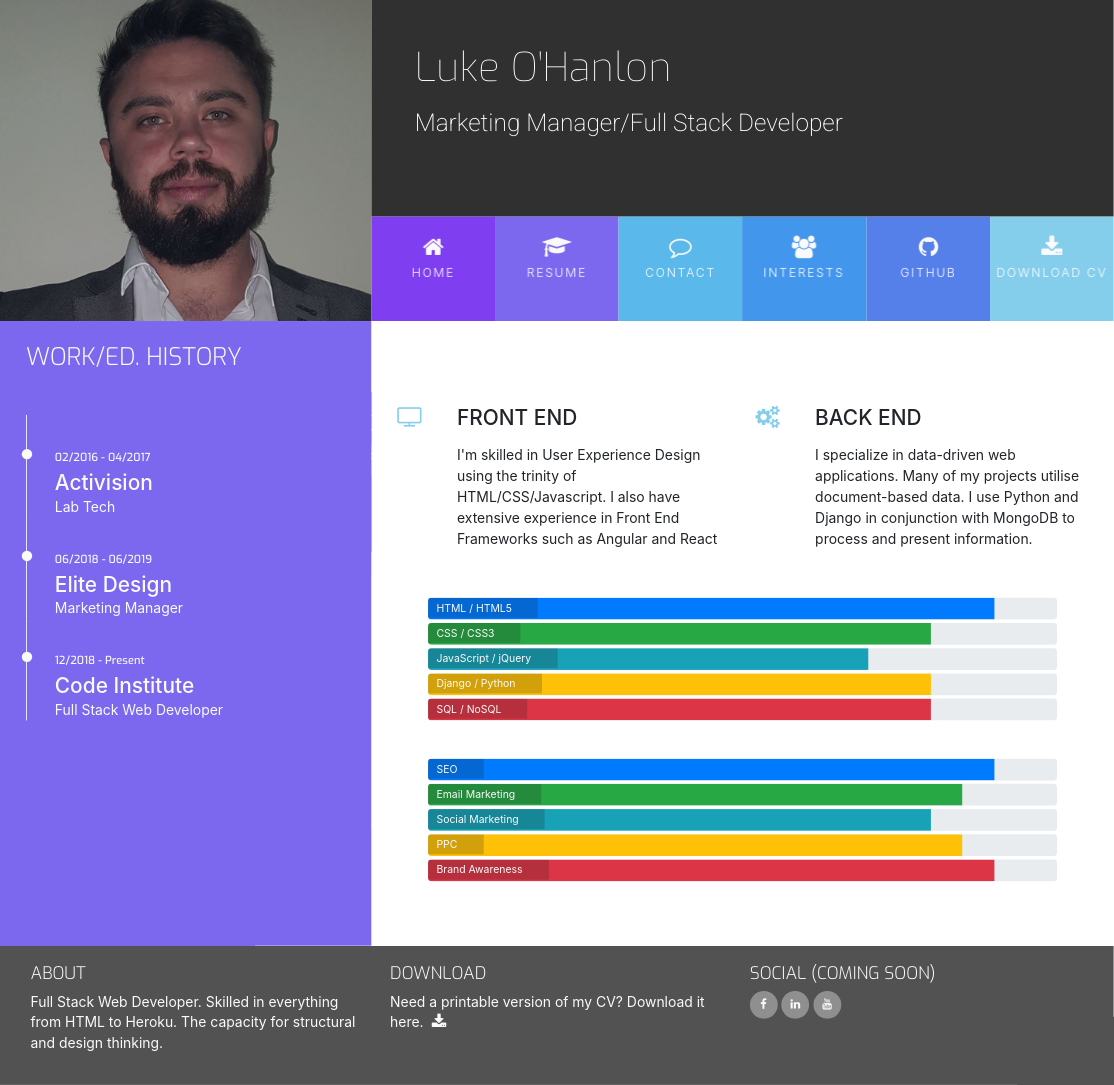
Repository: luke0han/my-resume
Page: resume.html
The author's editor kept a record of every edit. The page is drawn from the files as they stood at one moment, then again after the next edit.
The browser window is 1280 px wide. The pictures show the whole page, at 87% of full size.
Some web libraries are served in a nearby version.

Above is the page before.

### resume.html
<!DOCTYPE html>
<html lang="en">

<head>
    <meta charset="UTF-8">
    <meta name="viewport" content="width=device-width, initial-scale=1.0">
    <meta http-equiv="X-UA-Compatible" content="ie=edge">
    <link rel="stylesheet" href="https://maxcdn.bootstrapcdn.com/bootstrap/4.2.1/css/bootstrap.min.css" type="text/css" />
    <link rel="stylesheet" href="https://maxcdn.bootstrapcdn.com/font-awesome/4.7.0/css/font-awesome.min.css" type="text/css" />
    <link rel="stylesheet" href="https://cdnjs.cloudflare.com/ajax/libs/hover.css/2.1.1/css/hover-min.css" type="text/css" />
    <link rel="stylesheet" href="assets/css/style.css">
    <title>Luke O'Hanlon</title>
</head>

<body>
    <header>
        <div class="row no-gutters">
            <a class="col-md-4 logo" href="02-index.html"></a>
            <div class="col-md-8">
                <div class="row no-gutters bg-color-name-title">
                    <div class="col heading">
                        <h1 class="name">Luke O'Hanlon</h1>
                        <h2 class="title">Marketing Manager/Full Stack Developer</h2>
                    </div>
                </div>
                <div class="row no-gutters">
                    <div class="col">
                        <ul id="nav" class="list-inline menucontainer">
                            <li class="col-6 col-sm-2 ui-menu-color-home list-inline-item menuitem">
                                <a href="index.html" class="hvr-sweep-to-bottom"><i class="fa fa-home" aria-hidden="true"></i><span>Home</span></a>
                            </li>
                            <li class="col-6 col-sm-2 ui-menu-color-resume list-inline-item menuitem">
                                <a href="resume.html" class="hvr-sweep-to-bottom"><i class="fa fa-graduation-cap" aria-hidden="true"></i><span>Resume</span></a>
                            </li>
                            <li class="col-6 col-sm-2 ui-menu-color-contact list-inline-item menuitem">
                                <a href="contact.html" class="hvr-sweep-to-bottom"><i class="fa fa-comment-o" aria-hidden="true"></i><span>Contact</span></a>
                            </li>
                            <li class="col-6 col-sm-2 ui-menu-color-interests list-inline-item menuitem">
                                <a href="interests.html" class="hvr-sweep-to-bottom"><i class="fa fa-users" aria-hidden="true"></i><span>Interests</span></a>
                            </li>
                            <li class="col-6 col-sm-2 ui-menu-color-github list-inline-item menuitem">
                                <a href="github.html" class="hvr-sweep-to-bottom"><i class="fa fa-github" aria-hidden="true"></i><span>GitHub</span></a>
                            </li>
                            <li class="col-6 col-sm-2 ui-menu-color-download list-inline-item menuitem">
                                <a href="assets/cv/Luke O'Hanlon.pdf" target="_blank" class="hvr-sweep-to-bottom"><i class="fa fa-download" aria-hidden="true"></i><span>Download CV</span></a>
                            </li>
                        </ul>
                    </div>
                </div>
            </div>
        </div>
    </header>
    <section class="container-fluid">
        <div class="row">
            <div class="col-md-4 bg-color-work-history section-column">
                <div class="row">
                    <div class="col-12">
                        <h3 class="history-heading uppercase">
                            Work/Ed. History
                        </h3>
                    </div>
                </div>
                <div class="history-items">
                    <div class="timeline-item" data-dates="02/2016 - 04/2017">
                        <h4>Activision</h4>
                        <p>Lab Tech</p>
                    </div>

                    <div class="timeline-item" data-dates="06/2018 - 06/2019">
                        <h4>Elite Design</h4>
                        <p>Marketing Manager</p>
                    </div>
                    <div class="timeline-item" data-dates="12/2018 - Present">
                        <h4>Code Institute</h4>
                        <p>Full Stack Web Developer</p>
                    </div>
                </div>
            </div>
            <div class="col-md-8 bg-color-three-reasons section-column">
                <div class="row">
                    <div class="col">
                        <h3 class="section-heading uppercase">My Skills</h3>
                    </div>
                </div>
                <div class="row">
                    <div class="col-10 offset-1 offset-sm-0 col-sm-4 col-md-6">
                        <div class="row">
                            <div class="col-2">
                                <i class="three-reasons-icon fa fa-tv" aria-hidden="true"></i>
                            </div>
                            <div class="col-10">
                                <h4 class="three-reasons-heading uppercase">Front End</h4>
                                <p>
                                    I'm skilled in User Experience Design using the trinity of HTML/CSS/Javascript. I also have extensive experience in Front End Frameworks such as Angular and React
                                </p>
                            </div>
                        </div>
                    </div>
                    <div class="col-10 offset-1 offset-sm-0 col-sm-4 col-md-6">
                        <div class="row">
                            <div class="col-2">
                                <i class="three-reasons-icon fa fa-gears" aria-hidden="true"></i>
                            </div>
                            <div class="col-10">
                                <h4 class="three-reasons-heading uppercase">Back End</h4>
                                <p>
                                    I specialize in data-driven web applications. Many of my projects utilise document-based data. I use Python and Django in conjunction with MongoDB to process and present information.
                                </p>
                            </div>
                        </div>
                    </div>
                </div>
                <div class="row progress-section">
                    <div class="col">
                        <div class="progress">
                            <div class="progress-bar" role="progressbar" aria-valuenow="90" aria-valuemin="0" aria-valuemax="100" style="width:90%;">
                                <span class="sr-only">90% complete</span>
                            </div>
                            <span class="progress-type">HTML / HTML5</span>
                        </div>
                        <div class="progress">
                            <div class="progress-bar bg-success" role="progressbar" aria-valuenow="80" aria-valuemin="0" aria-valuemax="100" style="width:80%;">
                                <span class="sr-only">80% complete</span>
                            </div>
                            <span class="progress-type">CSS / CSS3</span>
                        </div>
                        <div class="progress">
                            <div class="progress-bar bg-info" role="progressbar" aria-valuenow="70" aria-valuemin="0" aria-valuemax="100" style="width:70%;">
                                <span class="sr-only">70% complete</span>
                            </div>
                            <span class="progress-type">JavaScript / jQuery</span>
                        </div>
                        <div class="progress">
                            <div class="progress-bar bg-warning" role="progressbar" aria-valuenow="80" aria-valuemin="0" aria-valuemax="100" style="width:80%;">
                                <span class="sr-only">80% complete</span>
                            </div>
                            <span class="progress-type">Django / Python</span>
                        </div>
                        <div class="progress">
                            <div class="progress-bar bg-danger" role="progressbar" aria-valuenow="80" aria-valuemin="0" aria-valuemax="100" style="width:80%;">
                                <span class="sr-only">60% complete</span>
                            </div>
                            <span class="progress-type">SQL / NoSQL</span>
                        </div>
                    </div>

                </div>
                <div class="row progress-section">
                    <div class="col">
                        <div class="progress">
                            <div class="progress-bar" role="progressbar" aria-valuenow="90" aria-valuemin="0" aria-valuemax="100" style="width:90%;">
                                <span class="sr-only">100% complete</span>
                            </div>
                            <span class="progress-type">SEO</span>
                        </div>
                        <div class="progress">
                            <div class="progress-bar bg-success" role="progressbar" aria-valuenow="80" aria-valuemin="0" aria-valuemax="100" style="width:85%;">
                                <span class="sr-only">85% complete</span>
                            </div>
                            <span class="progress-type">Email Marketing</span>
                        </div>
                        <div class="progress">
                            <div class="progress-bar bg-info" role="progressbar" aria-valuenow="70" aria-valuemin="0" aria-valuemax="100" style="width:80%;">
                                <span class="sr-only">80% complete</span>
                            </div>
                            <span class="progress-type">Social Marketing</span>
                        </div>
                        <div class="progress">
                            <div class="progress-bar bg-warning" role="progressbar" aria-valuenow="80" aria-valuemin="0" aria-valuemax="100" style="width:85%;">
                                <span class="sr-only">85% complete</span>
                            </div>
                            <span class="progress-type">PPC</span>
                        </div>
                        <div class="progress">
                            <div class="progress-bar bg-danger" role="progressbar" aria-valuenow="80" aria-valuemin="0" aria-valuemax="100" style="width:90%;">
                                <span class="sr-only">90% complete</span>
                            </div>
                            <span class="progress-type">Brand Awareness</span>
                        </div>
                    </div>

                </div>
            </div>
        </div>

    </section>
    <footer class="container-fluid">
        <div id="footer-details" class="row">
            <div class="col-sm-4">
                <h5 class="uppercase general-sub">About</h5>
                <p class="inline-block">
                    Full Stack Web Developer. Skilled in everything from HTML to Heroku. The capacity for structural and design thinking.
                </p>
            </div>
            <div class="col-sm-4">
                <h5 class="uppercase general-sub">Download</h5>
                <p class="inline-block">
                    Need a printable version of my CV? Download it here.
                    <a href="assets/cv/Luke O'Hanlon.pdf" target="_blank" class="cv-pdf">
                        <i class="fa fa-download" aria-hidden="true"></i>
                        <span class="sr-only">Download link.</span>
                    </a>
                </p>
            </div>
            <div class="col-sm-4">
                <h5 class="uppercase general-sub">Social (Coming Soon)</h5>
                <ul class="list-inline social-links">
                    <li class="list-inline-item">
                        <a target="_blank" href="#">
                            <i class="fa fa-facebook" aria-hidden="true"></i>
                            <span class="sr-only">Facebook</span>
                        </a>
                    </li>
                    <li class="list-inline-item">
                        <a target="_blank" href="#">
                            <i class="fa fa-linkedin" aria-hidden="true"></i>
                            <span class="sr-only">LinkedIn</span>
                        </a>
                    </li>
                    <li class="list-inline-item">
                        <a target="_blank" href="#">
                            <i class="fa fa-youtube" aria-hidden="true"></i>
                            <span class="sr-only">YouTube</span>
                        </a>
                    </li>
                </ul>
            </div>
        </div>
    </footer>
</body>

</html>

### assets/css/style.css
@import url('https://fonts.googleapis.com/css?family=Lato:300,400|Roboto:100,200,300,400,500,600,700|Exo:100,200,300,400,500,600,700');
/*****************************************COLORS***************************************/

.bg-color-name-title {
    background-color: #303030;
}

.bg-color-three-reasons{
    background-color: #fff;
}
.ui-menu-color-home {
    background-color: #803ef1;
}

.ui-menu-color-resume {
    background-color: #7B68EE;
}

.ui-menu-color-contact {
    background-color: #5ab9ea;
}

.ui-menu-color-download {
    background-color: #84ceeb;
}

.bg-color-personal-info {
    background-color: #803ef1;
}

.bg-color-work-history {
    background-color: #7B68EE;
}

.ui-menu-color-interests {
    background-color: #4297ed;
}


.ui-menu-color-github {
    background-color: #5680e9;
}

/*****************************************Special paddings/margins/text***************************************/

h1,
h2,
h3,
h4 {
    margin: 0;
}

.uppercase {
    text-transform: uppercase;
}

.construction {
    font-size: 9px;
    font-weight: lighter;
    text-align: center;
}

.general-sub {
    font-family: "Exo", sans-serif;
    font-weight: 300;
    color: #fafafa;
}

.inline-block {
    display: inline-block;
}

.row-table {
    display: table;
}

.section-column {
    display: table-cell;
    padding: 0 30px 30px;
    float: none;
}
.history-heading,
.section-heading {
    font-family: "Exo", sans-serif;
    font-weight: 300;
    margin-top:25px;
    margin-bottom: 40px;
    color: #fff;
}

.heading-home {
    margin-top: -25px;
}

/*****************************************HEADING***************************************/

header {
    margin: 0;
}

.heading {
    margin-left: 50px;
}

.logo {
    background: url("../images/luke.jpg");
    background-position: center;
    background-repeat: no-repeat;
    background-size: cover;
    min-height: 360px;
    transition: all .5s ease-in-out;
    -moz-transition: all .5s ease-in-out;
    -webkit-transition: all .5s ease-in-out;
}

.name {
    font-family: "Exo", sans-serif;
    font-weight: 100;
    font-size: 46px;
    margin-top: 50px;
    color: #fff;
}

.title {
    font-family: "Roboto", sans-serif;
    font-weight: 200;
    font-size: 28px;
    margin-top: 20px;
    margin-bottom: 90px;
    color: #fff;
}

.list-inline-item:not(:last-child) {
    margin: 0;
}

.menucontainer {
    font-size: 0;
}

#nav {
    margin: 0;
}

#nav li {
    font-size: 14px;
    padding: 0;
}

.menuitem {
    height: 120px;
    text-align: center;
    padding: 0;
}

.menuitem a {
    width: 100%;
    text-decoration: none;
    color: #fff;
    height: 120px;
}

.menuitem a i {
    padding-top: 22px;
    display: block;
    color: #fafafa;
    font-size: 26px;
}

.menuitem span {
    display: block;
    width: 100%;
    padding-top: 5px;
    text-align: center;
    text-transform: uppercase;
    font-size: 14px;
    font-weight: 300;
    letter-spacing: 2px;
}

/*****************************************HOVER.CSS***************************************/

.hvr-sweep-to-bottom:before {
    background: rgba(0, 0, 0, 0.2);
    height: 120px;
}

/*****************************************Footer***************************************/

footer {
    background-color: #525252;
    color: #fafafa;
    min-height: 120px;
    margin: 0;
}

.cv-pdf i {
    font-size: 18px;
    color:#fafafa;
    text-align: center;
    padding-left: 5px;

}

.cv-pdf i:hover {
    color: #8860d0;
    transition: all 0.35s ease-in-out;
    -moz-transition: all 0.35s ease-in-out;
    -webkit-transition: all 0.35s ease-in-out;
    -o-transition: all 0.35s ease-in-out;
}

.social-links {
    padding-bottom: 15px;
}

.social-links li a i {
    width: 32px;
    height: 32px;
    padding: 12px 0;
    border-radius: 50%;
    font-size: 13px;
    line-height: 7px;
    text-align: center;
    color:#fafafa;
    background: #8f8f8f;
    transition: all 0.35s ease-in-out;
    -moz-transition: all 0.35s ease-in-out;
    -webkit-transition: all 0.35s ease-in-out;
    -o-transition: all 0.35s ease-in-out;
}

.social-links li a i:hover {
    background-color: #5ab9ea;
}

#footer-details {
    padding: 20px;
}

/*****************************************Three Reasons***************************************/

.three-reasons-icon {
    font-size:26px;
    color:#84ceeb;
}

.three-reasons-heading {
    margin-bottom: 15px;
}

/*****************************************Personal Info***************************************/

.personal-info-item {
    margin-bottom: 20px;
    display: block;
    clear: both;
     color: #fff;
}

.personal-info-item .key,
.personal-info-item .value {
    padding-right: 8px;
    display: inline-block;
}

.personal-info-item .key p,
.personal-info-item .value p {
    margin:0;
}

.personal-info-item .key {
    width:30%;
    margin-right: 21px;
    padding-top:2px;
    vertical-align: top;
}

.personal-info-item .key p {
    font-weight: 700;
}

.personal-info-item .value {
    position: relative;
    width:60%;
}

/*****************************************Skills***************************************/

.progress {
    position: relative;
    height: 25px;
    margin-bottom: 4px;
}

.progress-type {
    position: absolute;
    left: 0px;
    font-weight: 400;
    padding: 3px 30px 2px 10px;
    color: #fafafa;
    background-color: rgba(25, 25, 25, 0.2);
}

.progress-section {
    margin: 40px 20px;
}

/*****************************************Work History***************************************/

.history-heading {
    color: #fafafa;
    margin-bottom: 50px;
}

.timeline-item {
    padding: 4em 2em 0em 2em;
    position: relative;
    color: #fafafa;
    border-left: 1px solid;
}

.timeline-item p {
    padding: 0;
    margin: 0;
}

.timeline-item:before {
    content: attr(data-dates);
    position: absolute;
    left: 2.5em;
    top: 3em;
    display: block;
    font-family: "Exo", sans-serif;
    font-weight: 500;
    font-size: 0.8em;
    padding: 0;
    margin: 0;
}

.timeline-item:after {
    width: 12px;
    height: 12px;
    display: block;
    top: 2.4em;
    position: absolute;
    left: -6px;
    border-radius: 12px;
    content: '';
    background: #fafafa;
}

.history-items {
    margin-bottom: 30px;
}

/*****************************************Contact Form***************************************/

.contact-heading {
    font-family: "Exo", sans-serif;
    font-weight: 300;
    margin-top: 25px;
    margin-bottom: 20px;
}

.center-form {
    padding-top: 10px;
    margin: 0 auto;
    max-width: 70%;
}

button[type="submit"] {
    margin-top: 15px;
    margin-bottom: 80px;
    color: #fafafa;
    background-color: #5ab9ea;

}
.contact-btn {
    background-color: #5ab9ea;
    margin: 10px 0 40px 0;
}

.contact-btn:active {
    background-color: #44b5ed;
    padding: 1.1em 1em 1.1em 1em;
}
.contact-btn:hover {
    background-color: #3eb4ef;
}

#map {min-height: 360px;}

/*****************************************Media Queries***************************************/

@media(min-width: 992px) {
    .center-form {
        padding-top: 30px;
        min-height: 240px;
        margin: 0 auto;
        max-width: 50%;
    }
}

After the next edit:
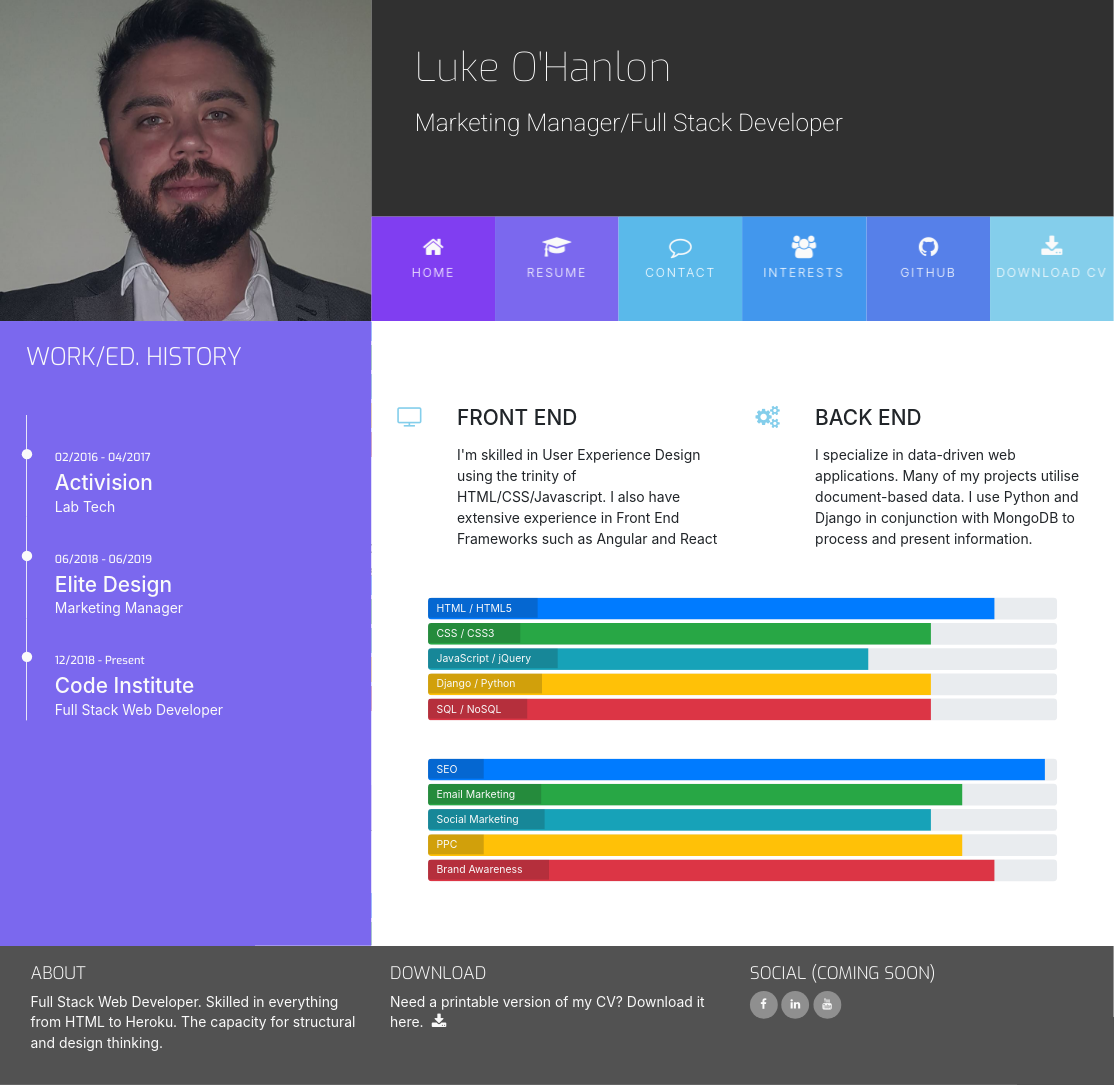
The edit:
--- a/resume.html
+++ b/resume.html
@@ -148,8 +148,8 @@
                 <div class="row progress-section">
                     <div class="col">
                         <div class="progress">
-                            <div class="progress-bar" role="progressbar" aria-valuenow="90" aria-valuemin="0" aria-valuemax="100" style="width:90%;">
-                                <span class="sr-only">100% complete</span>
+                            <div class="progress-bar" role="progressbar" aria-valuenow="90" aria-valuemin="0" aria-valuemax="100" style="width:98%;">
+                                <span class="sr-only">98% complete</span>
                             </div>
                             <span class="progress-type">SEO</span>
                         </div>
